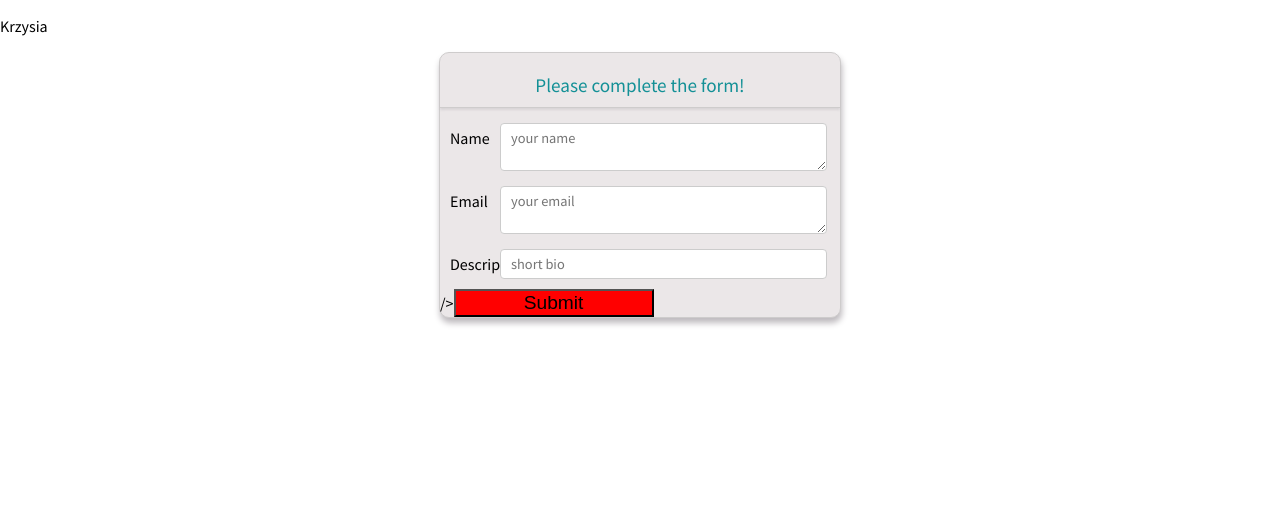
Repository: KrzysKolo/sr_tydzien4_zad2
Page: /
The author's editor kept a copy of each file at every save. The page is drawn from the files as they stood at one save, then again after the next save.
The browser window is 1280 px wide. The pictures show the whole page.
The project was rebuilt for these pictures with package versions that can differ from the ones it lists, and the page was loaded fresh each time. Also part of the build but not shown: src/components/formComponents/ErrorMessage.js, src/components/formComponents/Message.js.

Above is the page before, as saved 2020-11-27 17:24:36.

### src/index.css
@import url("https://fonts.googleapis.com/css?family=Source+Sans+Pro");
body {
  margin: 0;
  font-family: "Source Sans Pro", sans-serif;
}

code {
  font-family: source-code-pro, Menlo, Monaco, Consolas, "Courier New",
    monospace;
}

### src/App.js
import React from 'react'
import Form from './components/Form';

function App() {
  return (
    <div>
      <p>Krzysia</p>
      <Form />
    </div>
  )
}

export default App

### src/components/Form.js
import React, { Component } from 'react';
import Input from './formComponents/Input';
import TextArea from './formComponents/TextArea';
import Button from './formComponents/Button';
import Header from './formComponents/Header';
import Message from './formComponents/Message';
import styled from 'styled-components';

const ContainerForm = styled.form`
width: 80%;
max-width: 400px;
background: rgb(235, 231, 232);
border: 1px solid rgb(206, 204, 204);
border-radius: 10px;
box-shadow: 1px 5px 6px rgb(189, 185, 189);
margin: 0 auto;
`;

class Form extends Component {

state = {
    Name: '',
    Email: '',
    Description: '',
    message: '',
    errors: {
        Name: false,
        Email: false,
        Description: false,
        }
}
message = {
    Name_incorrect: "Nazwa musi być dłuższa niż 5 znaków i nie może zawierać spacji",
    Email_incorrect: "Brak @ lub adres zawiera spacje",
    Description_incorrect: "Opis musi zawierać co najmniej 3 znaki",
}

handleChange = e =>{
    const inputName = e.target.name;
    const type = e.target.type
    if(type === "text" || type === "email") {
        const value = e.target.value;
        this.setState({
            [inputName] : value,
        })
    }
}
onSubmit = e => {
    e.preventDefault();
    const validation = this.formValidation();
    if(validation.correct) {
      this.setState({
        Name: "",
        Email: "",
        Description: '',
        message: "The form has been submitted!",
        errors: {
          Name: false,
          Email: false,
          Description: false,
        }
      })
      console.log(this.state.message);
    } else {
      this.setState({
        errors: {
          Name: !validation.Name,
          Email: !validation.Email,
          Description: !validation.Description,
        }
      })
    }
}

formValidation = () => {
    let Name = false;
    let Email = false;
    let Description = false;
    let correct = false;
    if(this.state.Name.length > 5) {
      Name = true;
    }
    if(this.state.Email.indexOf('@') !== -1 && this.state.Email.lastIndexOf(' ') === -1) {
      Email = true;
    }
    if(this.state.Description.length >= 3) {
      Description = true;
    }
    if (Name && Email && Description){
        correct = true;
      }
   return ({
      Name,
      Email,
      Description,
      correct,

    })

  }

    render () {

    return (
        <ContainerForm onSubmit={this.onSubmit} noValidate>
          <Header />
          <Input type="text" placeholder="your name" value={this.state.Name} name="Name" onChange={this.handleChange} errorInfo={this.state.errors.Name} message={this.message.Name_incorrect} />
          <Input type="email" placeholder="your email" value={this.state.Email} name="Email" onChange={this.handleChange} errorInfo={this.state.errors.Email} message={this.message.Email_incorrect} />
          <TextArea  rows="8" placeholder="short bio" value={this.state.Description} name="Description" onChange={this.handleChange} errorInfo={this.state.errors.Description} message={this.message.Description_incorrect} /> />
          <Button type="submit" />
          {this.state.message && <Message message={this.state.message} /> }
        </ContainerForm>
    )
    }
}

export default Form

### src/components/formComponents/Input.js
import React from 'react'
import styled from 'styled-components';
import ErrorMessage from './ErrorMessage';

const TextAreaDiv = styled.div`
    display: flex;
    flex-direction: row;
    align-content: center;
    margin: 0 auto;
    padding-top: 5px;

`;
const TextAreaLabel = styled.label`
    width: 10%;
    font-size: 1rem;
    padding: 5px 10px;
`;
const inputStyles = errorInfo => `
    width: 80%;
    max-width: 305px;
    padding: 5px 10px;
    border: 1px solid ${errorInfo ? '#d3170d' : '#ccc'};
    border-radius: 4px;
    font-family: inherit;
    font-size: 0.9rem;
    ${!errorInfo && 'margin-bottom: 10px;'}
`;
const TextAreaError = styled.textarea`
    ${props => inputStyles(props.errorInfo)}
`;

const Input = (props) => {
    const { name, message, errorInfo }= props;
    return (
        <>
            <TextAreaDiv>
                <TextAreaLabel>{name} </TextAreaLabel>
                <TextAreaError {...props} errorInfo={errorInfo} message={message}/>
            </TextAreaDiv>
            {errorInfo && <ErrorMessage message={message} /> }
        </>
    )

}

export default Input;

### src/components/formComponents/TextArea.js
import React from 'react'
import styled from 'styled-components';
import ErrorMessage from './ErrorMessage';
const InputDiv = styled.div`
    display: flex;
    flex-direction: row;
    align-content: center;
    margin: 0 auto;
    padding-top: 5px;

`;
const InputLabel = styled.label`
    width: 10%;
    font-size: 1rem;
    padding: 5px 10px;
`;
const inputStyles = errorInfo => `
    width: 80%;
    max-width: 305px;
    padding: 5px 10px;
    border: 1px solid ${errorInfo ? '#d3170d' : '#ccc'};
    border-radius: 4px;
    font-family: inherit;
    font-size: 0.9rem;
    ${!errorInfo && 'margin-bottom: 10px;'}
`;
const InputError = styled.input`
    ${props => inputStyles(props.errorInfo)}
`;

const TextArea = (props) => {
    const { name, message, errorInfo }= props;
    return (
        <>
            <InputDiv>
                <InputLabel>{name} </InputLabel>
                <InputError {...props} errorInfo={errorInfo} message={message}/>
            </InputDiv>
            {errorInfo && <ErrorMessage message={message} /> }
        </>
    )

}

export default TextArea;

### src/components/formComponents/Button.js
import React from 'react'
import styled from 'styled-components';

const BtnSubmit = styled.button`
 width: 200px;
 background: red;
 font-size: 1.2rem;
`;

const Button = () => {
    return (
        <BtnSubmit>Submit</BtnSubmit>
    )
}

export default Button;

### src/components/formComponents/Header.js
import React from 'react';
import styled from 'styled-components';

const HeaderTitle = styled.header`
    border-bottom: 1px solid rgb(206, 204, 204);
    box-shadow: 0 2px 2px rgba(189, 185, 189, 0.4);
    color: rgb(19, 144, 150);
    font-size: 1.2rem;
    font-wight: 900;
    padding: 10px;
    margin: 10px auto;
    text-align: center;

`;

const Header = () => {
    return (
        <HeaderTitle>
            Please complete the form!
        </HeaderTitle>
    )
}

export default Header;

Loaded but not shown: public/index.html (common file); src/index.js (common file)

After the next save:
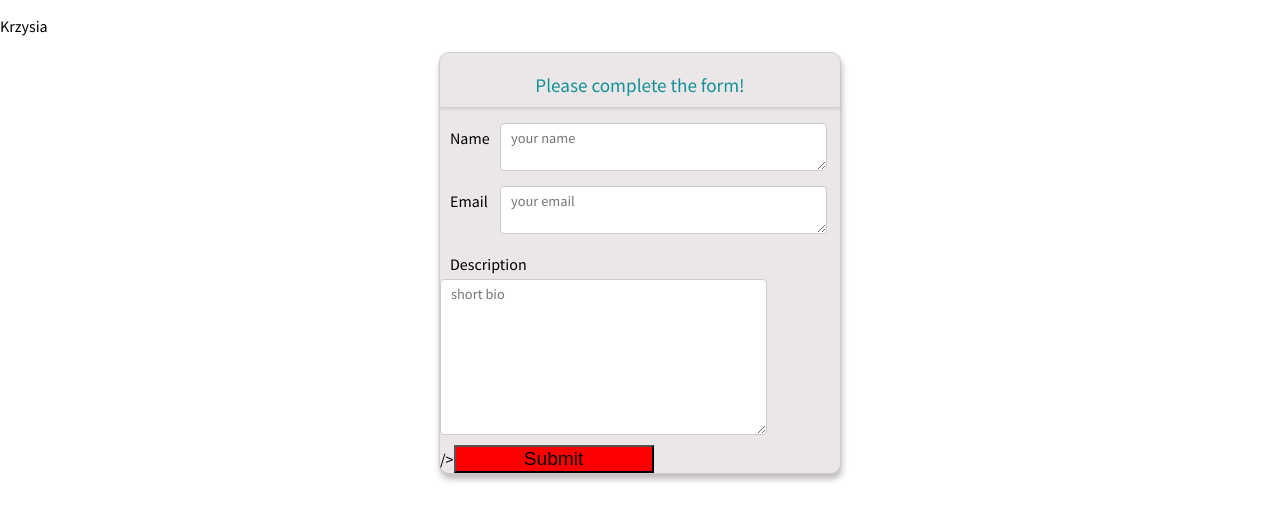
Saved 2 min 12 s later.
--- a/src/components/formComponents/TextArea.js
+++ b/src/components/formComponents/TextArea.js
@@ -1,15 +1,16 @@
 import React from 'react'
 import styled from 'styled-components';
 import ErrorMessage from './ErrorMessage';
-const InputDiv = styled.div`
+
+const TextAreaDiv = styled.div`
     display: flex;
-    flex-direction: row;
+    flex-direction: column;
     align-content: center;
     margin: 0 auto;
     padding-top: 5px;
 
 `;
-const InputLabel = styled.label`
+const TextAreaLabel = styled.label`
     width: 10%;
     font-size: 1rem;
     padding: 5px 10px;
@@ -24,22 +25,22 @@ const inputStyles = errorInfo => `
     font-size: 0.9rem;
     ${!errorInfo && 'margin-bottom: 10px;'}
 `;
-const InputError = styled.input`
+const TextAreaError = styled.textarea`
     ${props => inputStyles(props.errorInfo)}
 `;
 
-const TextArea = (props) => {
+const Input = (props) => {
     const { name, message, errorInfo }= props;
     return (
         <>
-            <InputDiv>
-                <InputLabel>{name} </InputLabel>
-                <InputError {...props} errorInfo={errorInfo} message={message}/>
-            </InputDiv>
+            <TextAreaDiv>
+                <TextAreaLabel>{name} </TextAreaLabel>
+                <TextAreaError {...props} errorInfo={errorInfo} message={message}/>
+            </TextAreaDiv>
             {errorInfo && <ErrorMessage message={message} /> }
         </>
     )
 
 }
 
-export default TextArea;
+export default Input;
